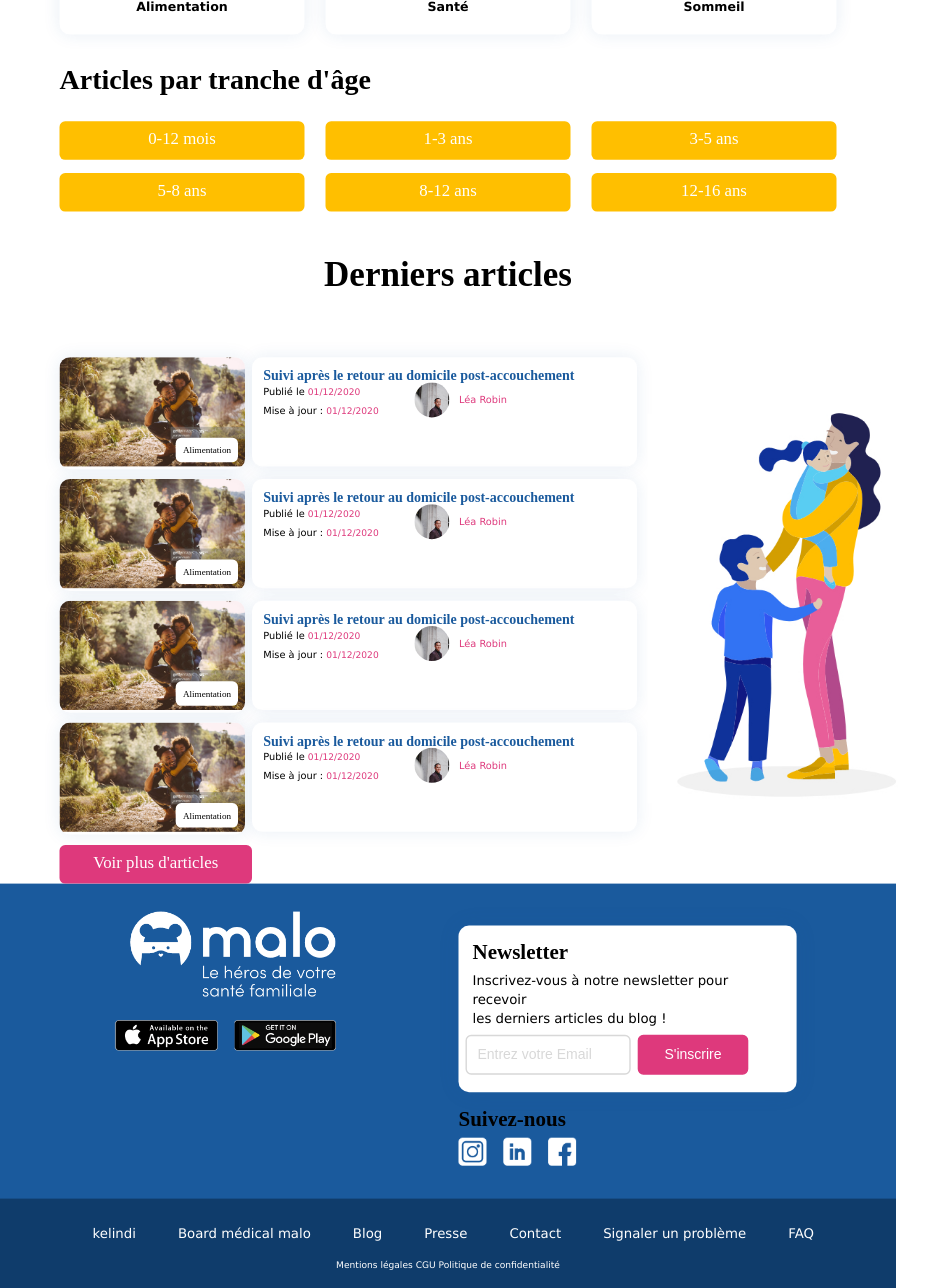
Repository: carbone-dev/keli-malo
Page: blog.html
An editor plug-in stored every save of this project. The page is shown before and after a run of saves, followed by the edit.
The browser window is 1280 px wide. The page is 1342 px wide, so the pictures cover 1342 px, including what lies to the right of the window. The pictures show the part of the page from y = 846 to 2686 px (the page is 2686 px tall before and 2685 px after), at 70% of full size.

Above is the page before, as saved 2020-12-11 11:45:20.

### blog.html
<!DOCTYPE html>
<html lang="en">

<head>
    <meta charset="UTF-8">
    <meta name="viewport" content="width=device-width, initial-scale=1.0">
    <title>Document</title>
    <link rel="stylesheet" type="text/css" href="css/style.css">
    <link rel="stylesheet" type="text/css" href="css/header.css">
    <link rel="stylesheet" type="text/css" href="css/grid.css">
    <link rel="stylesheet" type="text/css" href="css/blog.css">
    <link rel="preconnect" href="https://fonts.gstatic.com">
    <link href="https://fonts.googleapis.com/css2?family=Poppins:wght@200;300;400;900&display=swap" rel="stylesheet">
</head>

<body>
    <div class="container">

        <div class="header row align-items-center">
            <div class="col-6 col-md-2 ">
                <img class='img-full-width ' src="img/logo.png">
            </div>
            <div class="menu col-6 col-md-10 right d-none d-md-block ">
                <a href="#">Blog</a>
                <a href="#" class="boutton-1">Nous contacter</a>
            </div>
            <div class="menu col-6 col-md-10 right d-md-none d-sm-block">
                <a href="#nav-mobile">
                    <img src="img/burger.png" alt="">
                </a>
            </div>

            <div id="nav-mobile" class="modaloverlay">
                <div class="modal">
                    <div class="row">
                        <div class="col-6">
                            <img class='img-full-width ' src="img/logo.png">
                        </div>
                        <div class="menu col-6 right">
                            <a href="#close" class="close">
                                <img src="img/close.png" alt="">
                            </a>
                        </div>
                    </div>
                    <div class="row align-items-center center modal-content">
                        <div class="col-12">
                            <a href="#">Blog</a>
                        </div>
                        <div class="col-12">
                            <a href="#" class="boutton-1">Nous contacter</a>
                        </div>
                        <div class="col-12">
                            <a href="#"><img src="img/instagram.png"></a>
                            <a href="#"><img src="img/linkedin.png"></a>
                            <a href="#"><img src="img/facebook.png"></a>
                        </div>
                    </div>
                </div>
            </div>
        </div>

        <div class="top-section row">
            <div class="col-12 col-md-8 t-responsive">
                <h1>
                    Bienvenue sur le blog malo
                </h1>
                <p>Retrouvez nos conseils pour la santé de vos enfants</p>
            </div>
            <div class="col-12 col-md-4 right t-responsive">
                <img src="img/blog-header-image.png" alt="blog-header-image">
            </div>
        </div>

        <div class="section t-responsive">
            <h3>Articles par thématique</h3>
            <div class="row">
                <div class="col-sm-12 col-md-4">
                    <div class="card">
                        <img src="img/blog-theme-1.jpg" alt="Avatar" style="width:100%">
                        <div class="card-content row align-items-center">
                            <p class="card-title col-12">Alimentation</p>
                        </div>
                    </div>
                </div>
                <div class="col-sm-12 col-md-4">
                    <div class="card">
                        <img src="img/blog-theme-2.jpg" alt="Avatar" style="width:100%">
                        <div class="card-content row align-items-center">
                            <p class="card-title col-12">Santé</p>
                        </div>
                    </div>
                </div>
                <div class="col-sm-12 col-md-4">
                    <div class="card">
                        <img src="img/blog-theme-3.jpg" alt="Avatar" style="width:100%">
                        <div class="card-content row align-items-center">
                            <p class="card-title col-12">Sommeil</p>
                        </div>
                    </div>
                </div>
            </div>
        </div>

        <div class="section t-responsive">
            <h3>Articles par tranche d'âge</h3>
            <div class="row">
                <div class="col-6 col-md-4 margin-bottom">
                    <button class="btn btn-tertiary full-width">0-12 mois</button>
                </div>
                <div class="col-6 col-md-4 margin-bottom">
                    <button class="btn btn-tertiary full-width">1-3 ans</button>
                </div>
                <div class="col-6 col-md-4 margin-bottom">
                    <button class="btn btn-tertiary full-width">3-5 ans</button>
                </div>
                <div class="col-6 col-md-4 margin-bottom">
                    <button class="btn btn-tertiary full-width">5-8 ans</button>
                </div>
                <div class="col-6 col-md-4 margin-bottom">
                    <button class="btn btn-tertiary full-width">8-12 ans</button>
                </div>
                <div class="col-6 col-md-4 margin-bottom">
                    <button class="btn btn-tertiary full-width">12-16 ans</button>
                </div>
            </div>
        </div>

        <div class="section">
            <h2 class="center">Derniers articles</h2>
            <div class="row">
                <div class="col-12 col-md-9">
                    <div class="blog row no-gutters">
                        <div class="col-4">
                            <div class="blog-img">
                                <img src="img/blog-1.jpg" class="full-width" alt="">
                                <span class="tag">Alimentation</span>
                            </div>
                        </div>
                        <div class="col-8">
                            <div class="blog-content">
                                <a href="#">
                                    <h4 class="blog-title secondary">Suivi après le retour au domicile post-accouchement
                                    </h4>
                                </a>
                                <div class="row no-gutters mt-5 col-reverse">
                                    <div class="col-md-5 col-12">
                                        <p>
                                            Publié le <span class="primary">01/12/2020 </span>
                                        </p>
                                        <p>
                                            Mise à jour : <span class="primary">01/12/2020 </span>
                                        </p>
                                    </div>
                                    <div class="col-md-7 col-12">
                                        <div class="avatar d-inline-block ">
                                            <img src="img/avatar.jpg" alt="">
                                        </div>
                                        <div class="author d-inline-block">
                                            <p class="primary">Léa Robin</p>
                                        </div>
                                    </div>
                                </div>
                            </div>
                        </div>
                    </div>

                    <div class="blog row no-gutters">
                        <div class="col-4">
                            <div class="blog-img">
                                <img src="img/blog-1.jpg" class="full-width" alt="">
                                <span class="tag">Alimentation</span>
                            </div>
                        </div>
                        <div class="col-8">
                            <div class="blog-content">
                                <a href="#">
                                    <h4 class="blog-title secondary">Suivi après le retour au domicile post-accouchement
                                    </h4>
                                </a>
                                <div class="row no-gutters mt-5 col-reverse">
                                    <div class="col-md-5 col-12">
                                        <p>
                                            Publié le <span class="primary">01/12/2020 </span>
                                        </p>
                                        <p>
                                            Mise à jour : <span class="primary">01/12/2020 </span>
                                        </p>
                                    </div>
                                    <div class="col-md-7 col-12">
                                        <div class="avatar d-inline-block ">
                                            <img src="img/avatar.jpg" alt="">
                                        </div>
                                        <div class="author d-inline-block">
                                            <p class="primary">Léa Robin</p>
                                        </div>
                                    </div>
                                </div>
                            </div>
                        </div>
                    </div>

                    <div class="blog row no-gutters">
                        <div class="col-4">
                            <div class="blog-img">
                                <img src="img/blog-1.jpg" class="full-width" alt="">
                                <span class="tag">Alimentation</span>
                            </div>
                        </div>
                        <div class="col-8">
                            <div class="blog-content">
                                <a href="#">
                                    <h4 class="blog-title secondary">Suivi après le retour au domicile post-accouchement
                                    </h4>
                                </a>
                                <div class="row no-gutters mt-5 col-reverse">
                                    <div class="col-md-5 col-12">
                                        <p>
                                            Publié le <span class="primary">01/12/2020 </span>
                                        </p>
                                        <p>
                                            Mise à jour : <span class="primary">01/12/2020 </span>
                                        </p>
                                    </div>
                                    <div class="col-md-7 col-12">
                                        <div class="avatar d-inline-block ">
                                            <img src="img/avatar.jpg" alt="">
                                        </div>
                                        <div class="author d-inline-block">
                                            <p class="primary">Léa Robin</p>
                                        </div>
                                    </div>
                                </div>
                            </div>
                        </div>
                    </div>

                    <div class="blog row no-gutters">
                        <div class="col-4">
                            <div class="blog-img">
                                <img src="img/blog-1.jpg" class="full-width" alt="">
                                <span class="tag">Alimentation</span>
                            </div>
                        </div>
                        <div class="col-8">
                            <div class="blog-content">
                                <a href="#">
                                    <h4 class="blog-title secondary">Suivi après le retour au domicile post-accouchement
                                    </h4>
                                </a>
                                <div class="row no-gutters mt-5 col-reverse">
                                    <div class="col-md-5 col-12">
                                        <p>
                                            Publié le <span class="primary">01/12/2020 </span>
                                        </p>
                                        <p>
                                            Mise à jour : <span class="primary">01/12/2020 </span>
                                        </p>
                                    </div>
                                    <div class="col-md-7 col-12">
                                        <div class="avatar d-inline-block ">
                                            <img src="img/avatar.jpg" alt="">
                                        </div>
                                        <div class="author d-inline-block">
                                            <p class="primary">Léa Robin</p>
                                        </div>
                                    </div>
                                </div>
                            </div>
                        </div>
                    </div>
                    <div class="no-gutters mt-5">
                        <div class="d-none d-md-block col-8">

                        </div>
                        <div class="col-12 col-md-4">
                            <button class="btn btn-primary full-width">
                                Voir plus d'articles
                            </button>
                        </div>
                    </div>





                </div>
                <div class="col-md-3 d-none d-md-block blog-list-bg">
                    <img src="img/blog-list-bg.jpg" alt="">
                </div>
            </div>
        </div>




    </div>


    <div class="footer mt-10">
		<div class="logo-popup row center-p">
			<div class="logo-boutton center col-md-6">
				<img src="img/logo-footer.png" width="50%"><br>
				<div class="img-boutton">
					<a href="#"><img src="img/app-store.png"></a>
					<a href="#"><img src="img/google-play.png"></a>
				</div>
			</div>
			<div class="popup-icon col-md-5 left center-p">
				<div class="box-shadow news-letter">
					<h4>Newsletter</h4>
					<p>Inscrivez-vous à notre newsletter pour recevoir <br>les derniers articles du blog !</p>
					<div class="row center-p">
						<input type="email" name="mail" placeholder="Entrez votre Email"
							class="formulaire mail-footer col-md-6 col-6">
						<input type="submit" value="S'inscrire" class="formulaire boutton-footer col-md-4 col-4">
					</div>
				</div>
				<div class="suivez-footer">
					<h4>Suivez-nous</h4>
					<a href="#"><img src="img/instagram-footer.png"></a>
					<a href="#"><img src="img/linkedin-footer.png"></a>
					<a href="#"><img src="img/facebook-footer.png"></a>
				</div>


			</div>
		</div>
		<div class="menu-footer center">
			<ul class="row center ">
				<li><a href="#">kelindi </a></li>
				<li><a href="#">Board médical malo </a></li>
				<li><a href="#">Blog </a></li>
				<li><a href="#">Presse </a></li>
				<li><a href="#">Contact </a></li>
				<li><a href="#">Signaler un problème </a></li>
				<li><a href="#">FAQ </a></li>
			</ul>
			<p><span>Mentions légales CGU Politique de confidentialité</span></p>
		</div>
	</div>
</body>

</html>

### css/header.css
.header{
    margin-top: 43px;
}

/* MODAL MOBILE */

.modaloverlay {
    background: rgba(0, 0, 0, 0.8);
    bottom: 0;
    left: 0;
    opacity: 0;
    pointer-events: none;
    position: fixed;
    right: 0;
    top: 0;
    -webkit-transition: opacity 400ms ease-in;
    -moz-transition: opacity 400ms ease-in;
    transition: opacity 400ms ease-in;
    z-index: -1;
    display: none;
  }
  .modaloverlay:target {
    display: block;
    opacity: 1;
    pointer-events: auto;
    z-index: 99999;
  }
  .modaloverlay .modal {
    background-color: white;
    height: 100%;
    position: relative;
    margin: 0 auto;
    padding-top: 43px;
    padding-left: 15px;
    overflow-y: scroll;
    -webkit-overflow-scrolling: touch;
  }
  @media (min-width: 60em) {
    .modaloverlay .modal {
      height: 75%;
      margin: 5% auto;
      max-height: 57em;
      max-width: 66em;
      width: 85%;
    }
  }
  .modaloverlay .modal > iframe,
  .modaloverlay .modal > div {
    border: none;
    width: 100%;
    /* height: 100%; */
  }
  .modaloverlay .close {
    position: relative;
    top: 10px;
  }

  .modal-content{
    height: 60%;
    padding-top: 160px;
  }

Loaded but not shown: css/grid.css (1420 lines, source omitted); css/style.css (873 lines, source omitted); css/blog.css (133 lines, source omitted)

After the next 2 saves:
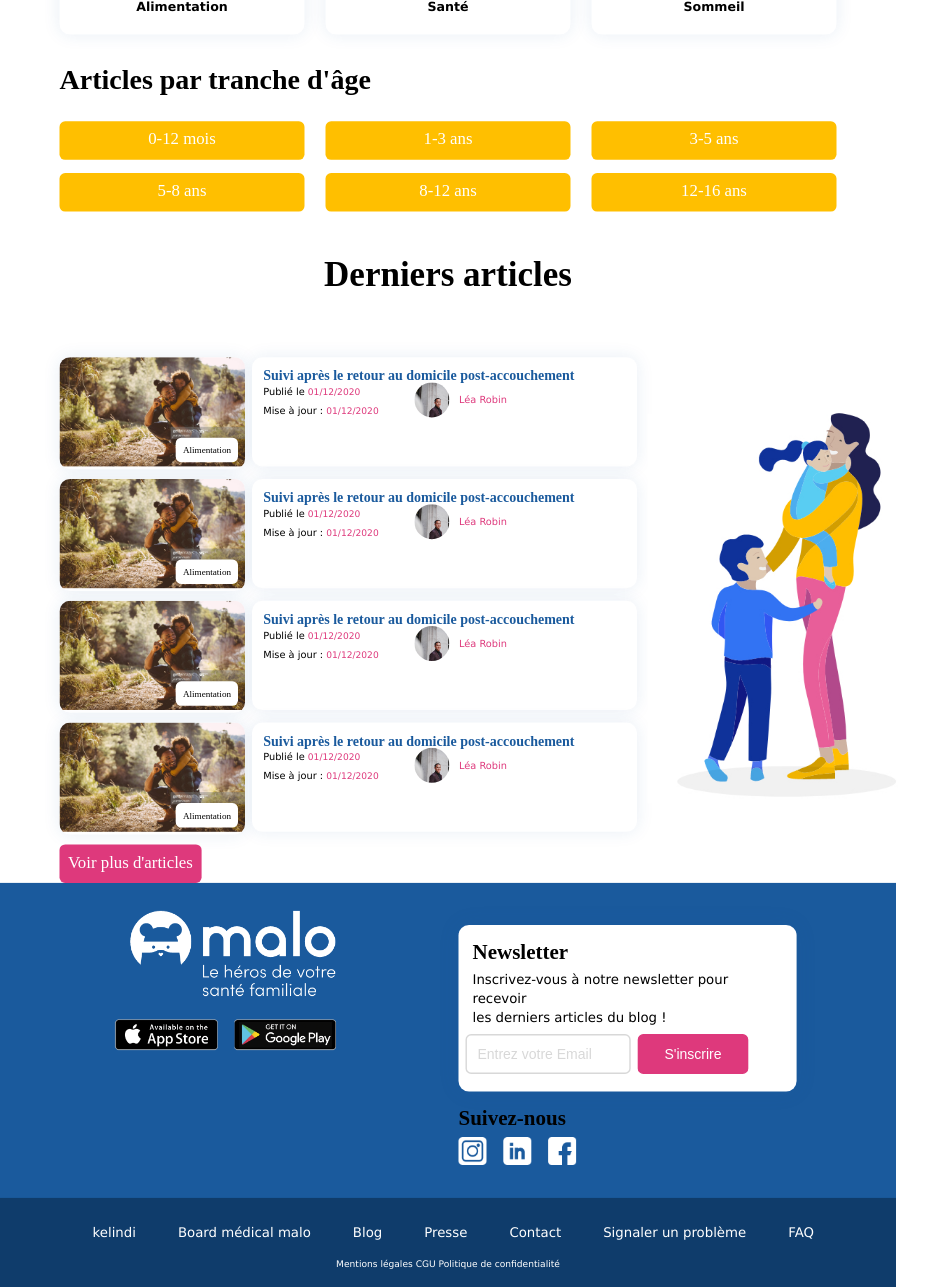
The 2 saves are shown as one change because they came seconds apart.
The last was saved 31 s later.
--- a/blog.html
+++ b/blog.html
@@ -269,11 +269,9 @@
                         </div>
                     </div>
                     <div class="no-gutters mt-5">
-                        <div class="d-none d-md-block col-8">
-
-                        </div>
+
                         <div class="col-12 col-md-4">
-                            <button class="btn btn-primary full-width">
+                            <button class="btn btn-primary">
                                 Voir plus d'articles
                             </button>
                         </div>

After the 2 saves that followed:
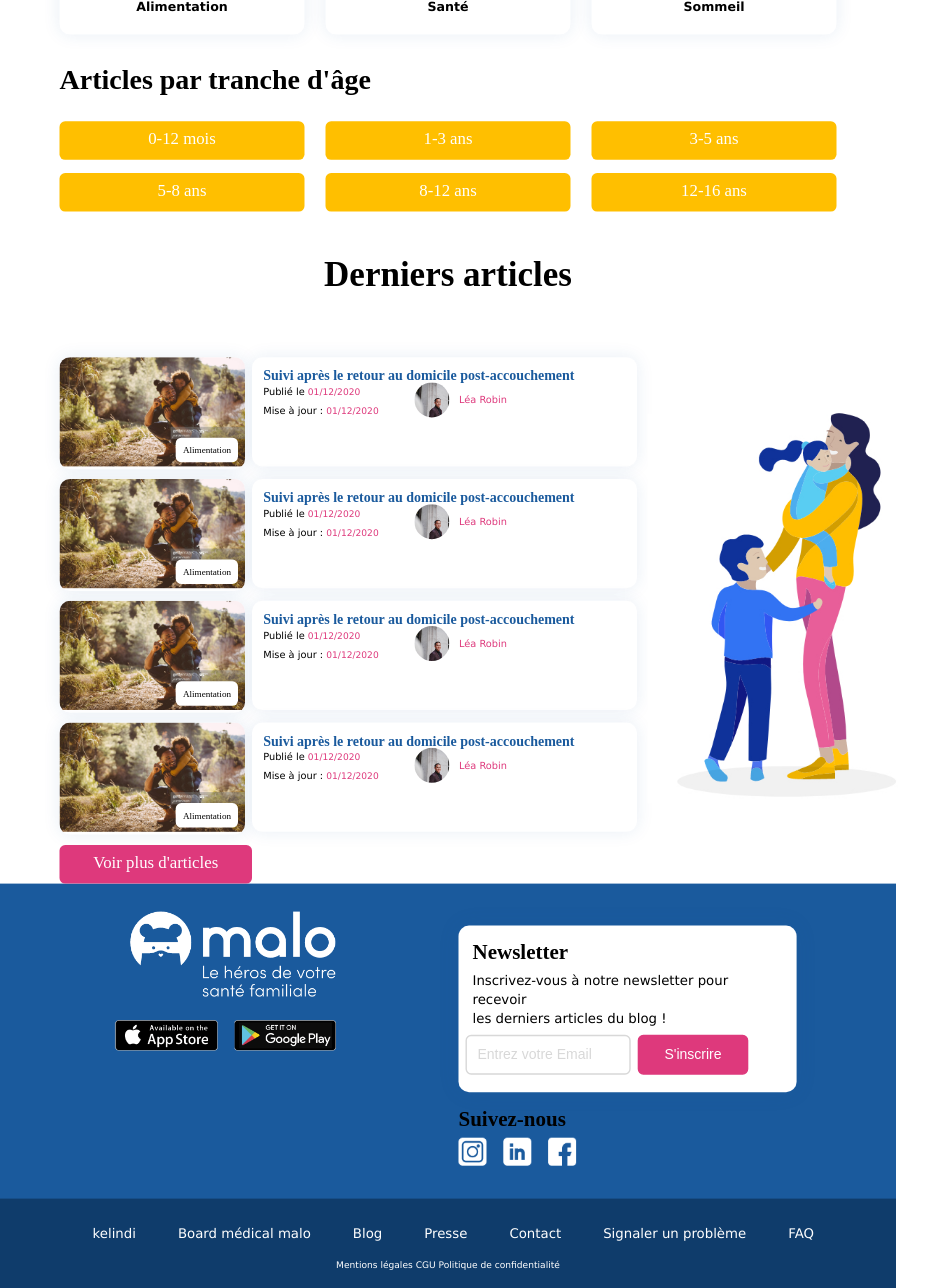
The 2 saves are shown as one change because 1 left the picture as it was.
The last was saved 82 s later.
--- a/blog.html
+++ b/blog.html
@@ -269,9 +269,11 @@
                         </div>
                     </div>
                     <div class="no-gutters mt-5">
-
+                        <div class="d-none d-md-block col-8">
+
+                        </div>
                         <div class="col-12 col-md-4">
-                            <button class="btn btn-primary">
+                            <button class="btn btn-primary full-width">
                                 Voir plus d'articles
                             </button>
                         </div>
